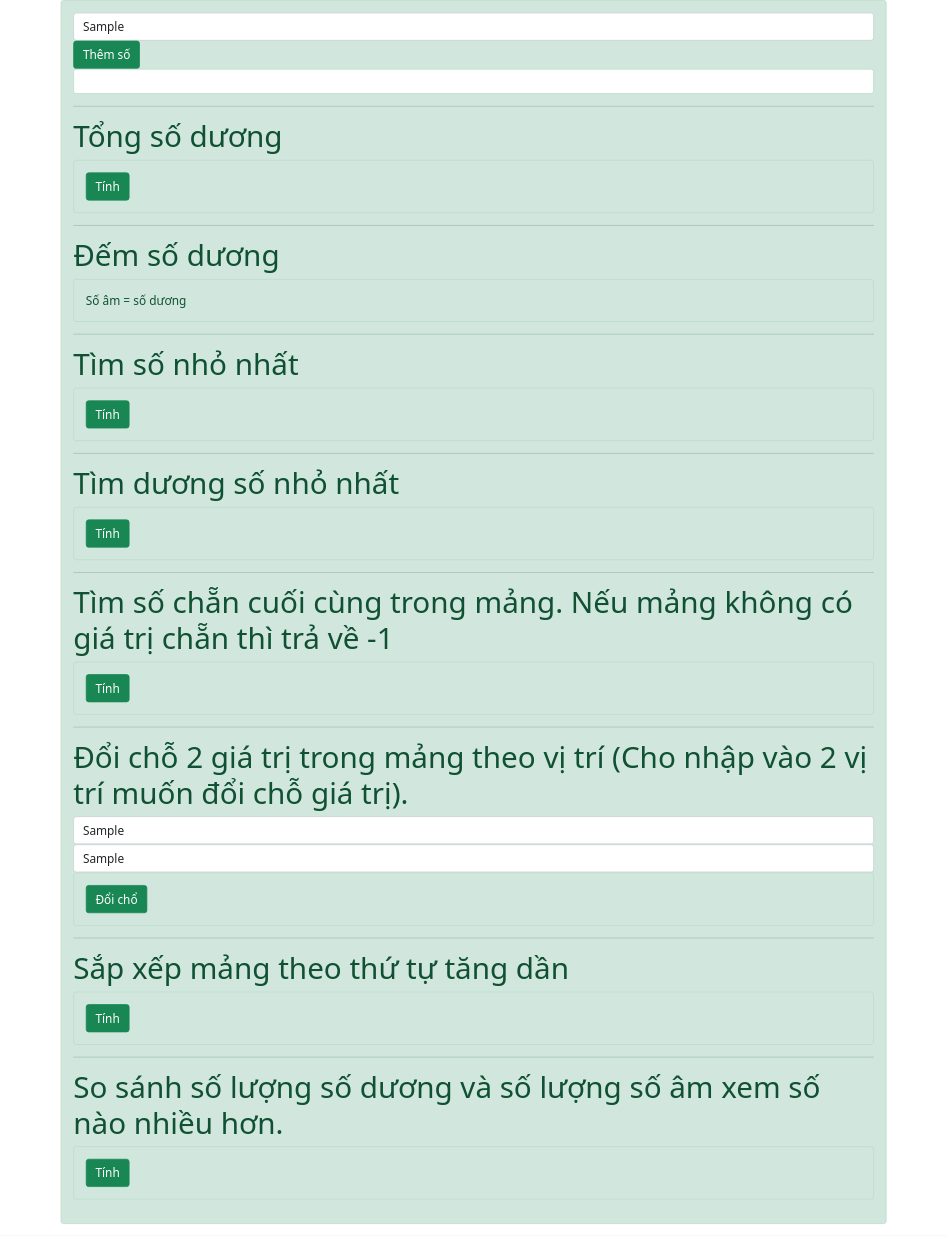
Repository: qkhanh1104k/Js-buoi7-8
Page: index.html
These files come from the project's save history. The page is drawn as it stood at one moment and after the next save; the edit follows.
The browser window is 1280 px wide. The pictures show the whole page, at 74% of full size.
Empty fields were first filled with sample values (such as "Sample", 5 or name@example.com).
After loading, the first visible `#resBt11 > button` was clicked once.

Above is the page before, as saved 2022-07-26 23:17:05.

After the next save:
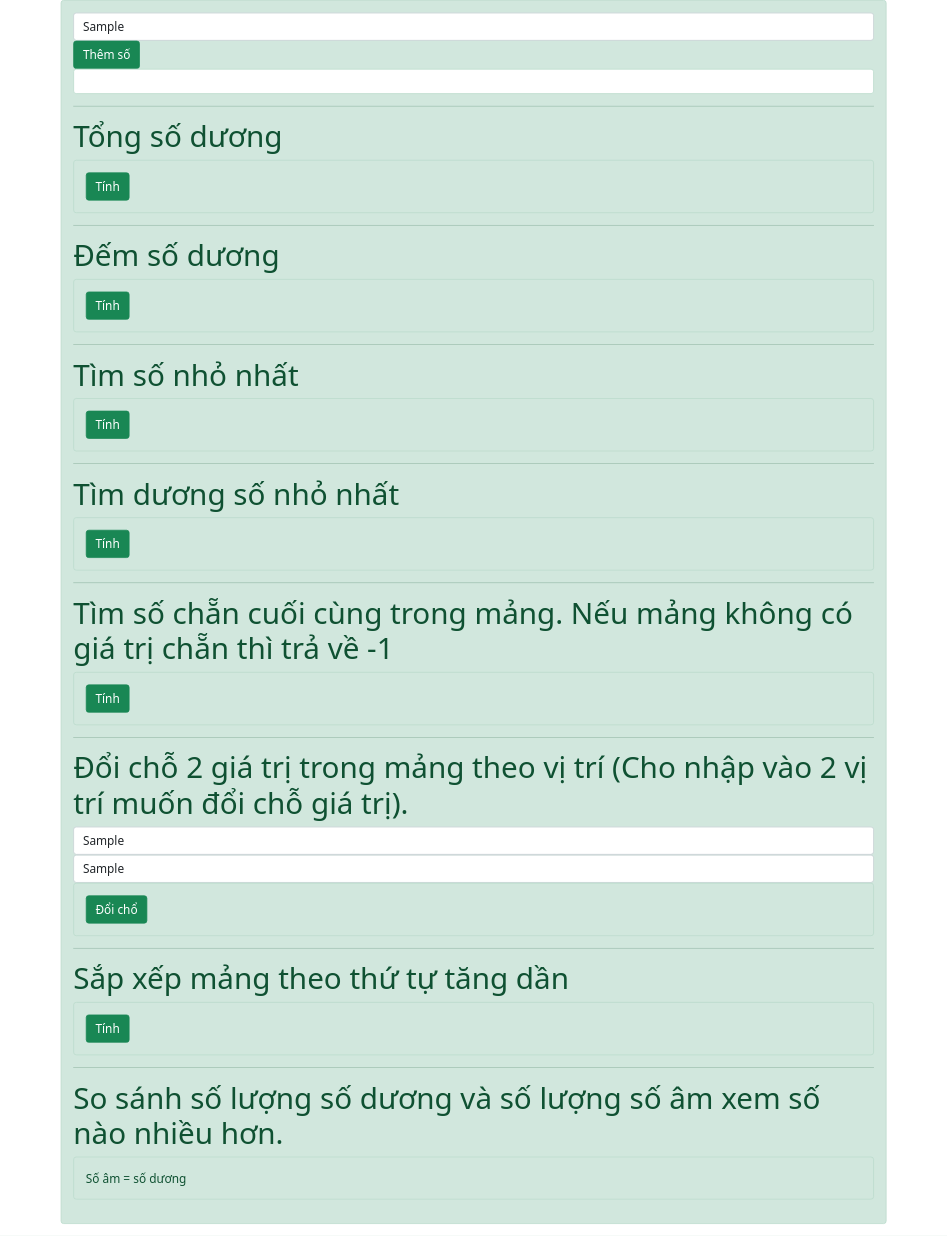
Saved 71 s later.
--- a/index.js
+++ b/index.js
@@ -110,10 +110,10 @@ function comparisonsNum() {
     }
   }
   if (sumNeg === sumPos) {
-    document.getElementById("resBt3").innerHTML = "Số âm = số dương ";
+    document.getElementById("resBt11").innerHTML = "Số âm = số dương ";
   } else if (sumNeg > sumPos) {
-    document.getElementById("resBt3").innerHTML = "Số âm < số dương ";
+    document.getElementById("resBt11").innerHTML = "Số âm < số dương ";
   } else {
-    document.getElementById("resBt3").innerHTML = "Số âm < số dương ";
+    document.getElementById("resBt11").innerHTML = "Số âm < số dương ";
   }
 }
